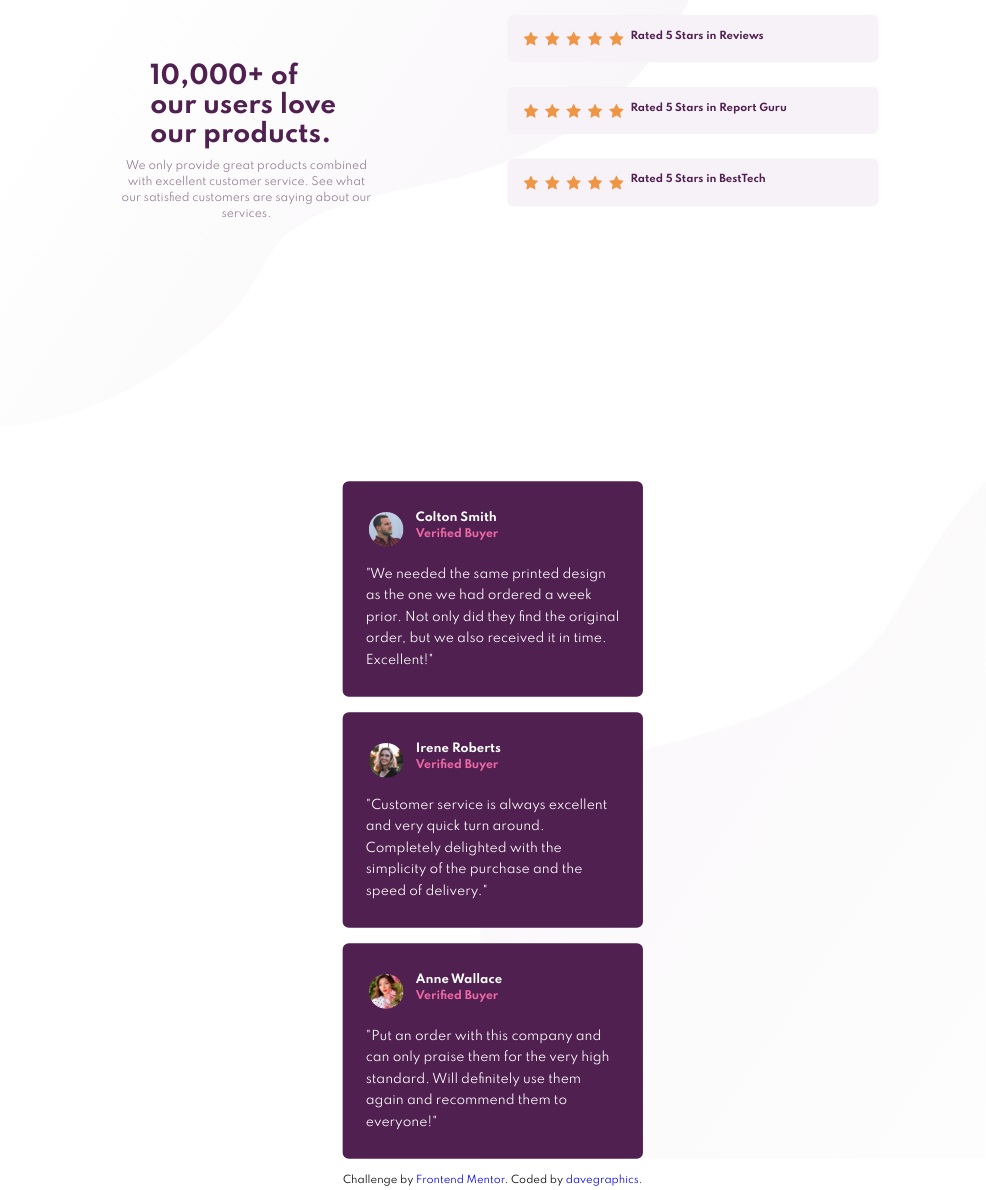
Repository: DejV44/social-proof-section-master
Page: index.html
These files come from the project's save history. The page is drawn as it stood at one moment and after the next save; the edit follows.
The browser window is 1280 px wide. The pictures show the whole page, at 77% of full size.
The style sheet was rebuilt from its Sass, Less or Tailwind sources for each picture, by a compiler version that may differ from the author's.

Above is the page before, as saved 2021-06-21 20:34:14.

### index.html
<!DOCTYPE html>

<html lang="en">
<head>
    <meta charset="UTF-8">
    <meta http-equiv="X-UA-Compatible" content="IE=edge">
    <meta name="viewport" content="width=device-width, initial-scale=1.0">
    <link rel="stylesheet" href="../css/main.css">
    <title>social-proof-section-master</title>
</head>
<body>
    <section class="main">
        <h1 class="title item-1">10,000+ of our users love our products.</h1>
        <p class="item-2">We only provide great products combined with excellent customer service. See what our satisfied customers are saying about our services.</p>
        <div class="container">
            <ul>
                <li class="item-3">
                    <img src="../img/stars.svg" alt="stars">
                    <h3>Rated 5 Stars in Reviews</h3>
                </li>
            </ul>

            <ul>
                <li class="item-4">
                    <img src="../img/stars.svg" alt="stars">
                    <h3>Rated 5 Stars in Report Guru</h3>
                </li>
            </ul>

            <ul>
                <li class="item-5">
                    <img src="../img/stars.svg" alt="stars">
                    <h3>Rated 5 Stars in BestTech</h3>
                </li>
            </ul>
        </div>
    </section>

    <section class="citate">
        <ul>
            <li>
                <div class="identy">
                    <img src="../img/image-colton.jpg" alt="stars">
                    <div>
                        <h3>Colton Smith</h3>
                        <h4>Verified Buyer</h4>
                    </div>
                </div>
                <blockquote>"We needed the same printed design as the one we had ordered a week prior. Not only did they find the original order, but we also received it in time. Excellent!"</blockquote>
            </li>
        </ul>

        <ul>
            <li>
                <div class="identy">
                    <img src="../img/image-irene.jpg" alt="stars">
                    <div>
                        <h3>Irene Roberts</h3>
                        <h4>Verified Buyer</h4>
                    </div>
                </div>
                <blockquote>"Customer service is always excellent and very quick turn around. Completely delighted with the simplicity of the purchase and the speed of delivery."</blockquote>
            </li>
        </ul>

        <ul>
            <li>
                <div class="identy">
                    <img src="../img/image-anne.jpg" alt="stars">
                    <div>
                        <h3>Anne Wallace</h3>
                        <h4>Verified Buyer</h4>
                    </div>
                </div>
                <blockquote>"Put an order with this company and can only praise them for the very high standard. Will definitely use them again and recommend them to everyone!"</blockquote>
            </li>
        </ul>
    </section>
    <div class="attribution">
        Challenge by
        <a href="https://www.frontendmentor.io?ref=challenge" target="_blank"
          >Frontend Mentor</a
        >. Coded by <a href="#">davegraphics</a>.
      </div>

</body>
</html>

### css/main.scss
@import url('https://fonts.googleapis.com/css2?family=Spartan:wght@400;500;700&display=swap');

*{
    margin: 0;
    padding: 0;
    -webkit-font-smoothing: antialiased;

}

:root {
    --primary-color: hsl(300, 43%, 22%);
    --soft-pink: hsl(333, 80%, 67%);
    --neutral-color: hsl(303, 10%, 53%);
    --light-color: hsl(300, 24%, 96%);
    --white: hsl(0, 0%, 100%);
}

body {
    margin: 0;
    padding: 0;
    //background: var(--white);
    font-family: 'Spartan', sans-serif;




    .main {
        text-align: center;
        margin: 0 auto 70px auto;
        background-image: url(..//img/bg-pattern-top-mobile.svg);
        background-repeat: no-repeat;
        background-size: contain;



        .title {
            margin: 0 auto;
            padding: 2.5em 15% 0 15%;
            font-size: 2em;
            font-weight: bold;
            color: var(--primary-color);
            width: 250px;
            height: 105px;
        }

        p {
            padding: 10px 0;
            margin: 10px auto;
            color: var(--neutral-color);
            line-height: 1.5em;
            width: 325px;
            height: 100px;
            font-size: 14px;
        }

        .container {
            padding: .2em;
            width: 330px;
            height: 80px;
            display: inline-block;


            li {
                list-style: none;
                padding: 1em;
                margin: 1em;
                background: var(--light-color);
                border-radius: .5em;

                img {
                    padding: .3em;
                    width: 130px;
                    height: 20px;
                }

                h3 {
                    padding: .3em;
                    color: var(--primary-color);
                    font-size: 13px;
                }
            }
        }


    }
    .citate :first-element {
        margin-top: 100px;
    }

    .citate {
        background-image: url(..//img/bg-pattern-bottom-mobile.svg);
        background-repeat: no-repeat;
        background-size: contain;
        background-position-x: 100%;
        background-position-y: 100%;



        ul {
            list-style: none;
            padding: 30px;

            background: var(--primary-color);
            border-radius: .5em;
            width: 330px;
            height: 220px;
            margin: 0px auto 20px auto;



                .identy {
                    display: flex;




                    h3 {
                        color: var(--white);
                        margin: .5em 0 .2em 0;
                        padding-left: 20px;
                        font-size: 15px;

                    }

                    h4 {
                        color: var(--soft-pink);
                        margin: .4em 0 .2em 0;
                        padding-left: 20px;
                        font-size: 14px;

                    }

                    img {
                        margin-top: 6px;
                        border-radius: 5em;
                        width: 45px;
                        height: 45px;
                        position: relative;
                        top: 4px;
                        left: 4px;
                    }


                }
                blockquote {
                    color: var(--white);
                    margin-top: 25px;
                    line-height: 28px;
                    text-align: left;
                }
        }


    }

    .attribution {
        text-align: center;
        font-size: 13px;
        padding-bottom: 5px;

        a {
            text-decoration: none;
            font-size: 13px;

        }
    }

}

@media only screen and (min-width: 768px) {

    .main {
        text-align: center;
        background-image: url(..//img/bg-pattern-top-mobile.svg);
        background-repeat: no-repeat;
        background-size: auto;
        display: grid;
        grid-template-columns: 1fr 1fr;
        grid-template-rows: 1fr 1fr 1fr;


        .item-1 {
            grid-area: 1;

        }
        .item-2 {
            grid-area: 2;
        }

        .item-3 {
            grid-area: 3;
            width: 450px;
            height: 55;
            display: inline-flex;

        }

        .item-4 {
            grid-area: 4;
            width: 450px;
            height: 55;
            display: inline-flex;
        }

        .item-5 {
            grid-area: 5;
            width: 450px;
            height: 55;
            display: inline-flex;
        }

        grid-template-areas:
        "1 3"
        "2 4"
        "2 5";


        .title {
            text-align: left;
        }


    }



}

After the next save:
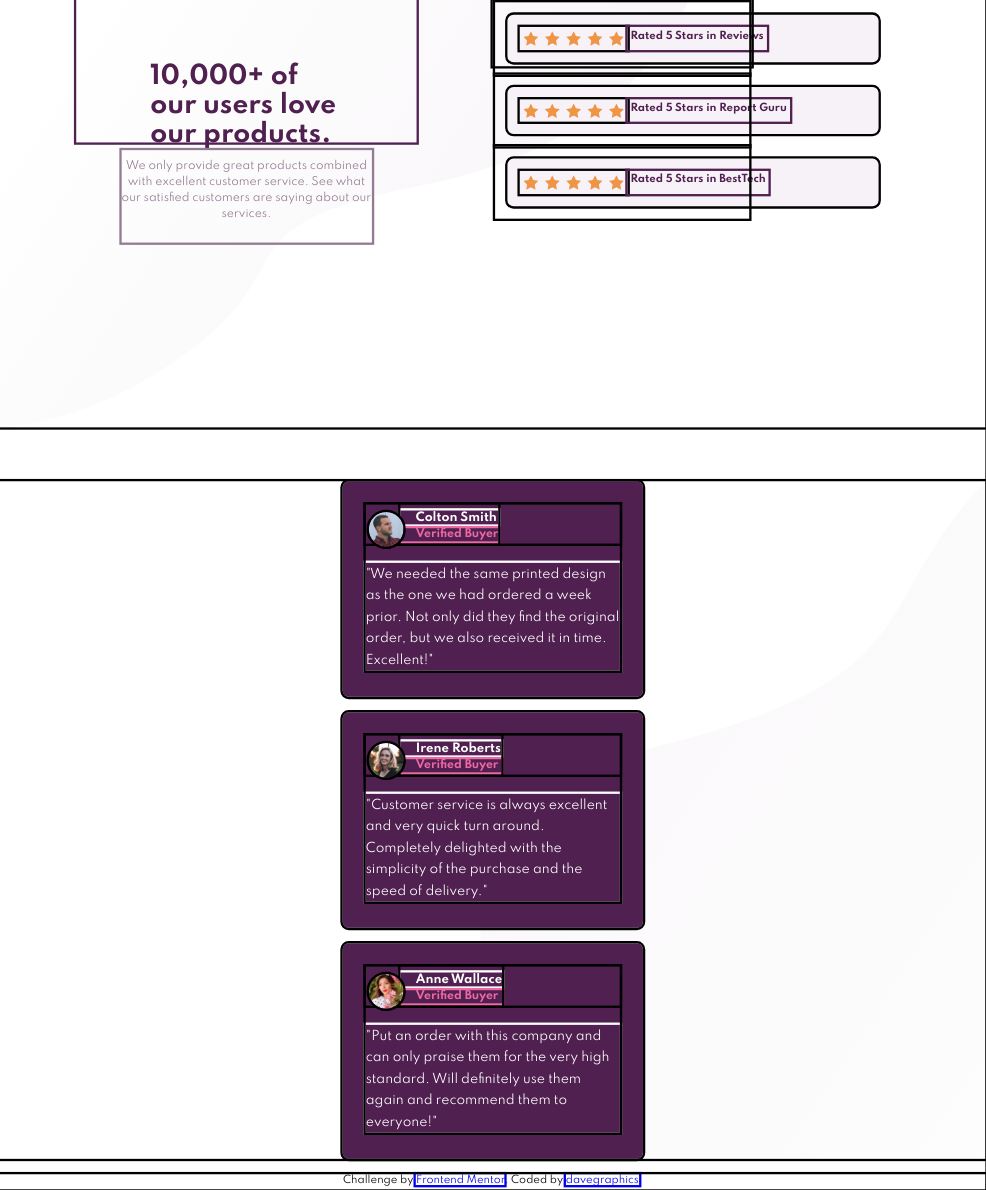
Saved 82 s later.
--- a/css/main.scss
+++ b/css/main.scss
@@ -4,7 +4,7 @@
     margin: 0;
     padding: 0;
     -webkit-font-smoothing: antialiased;
-
+    outline: 3px solid;
 }
 
 :root {
